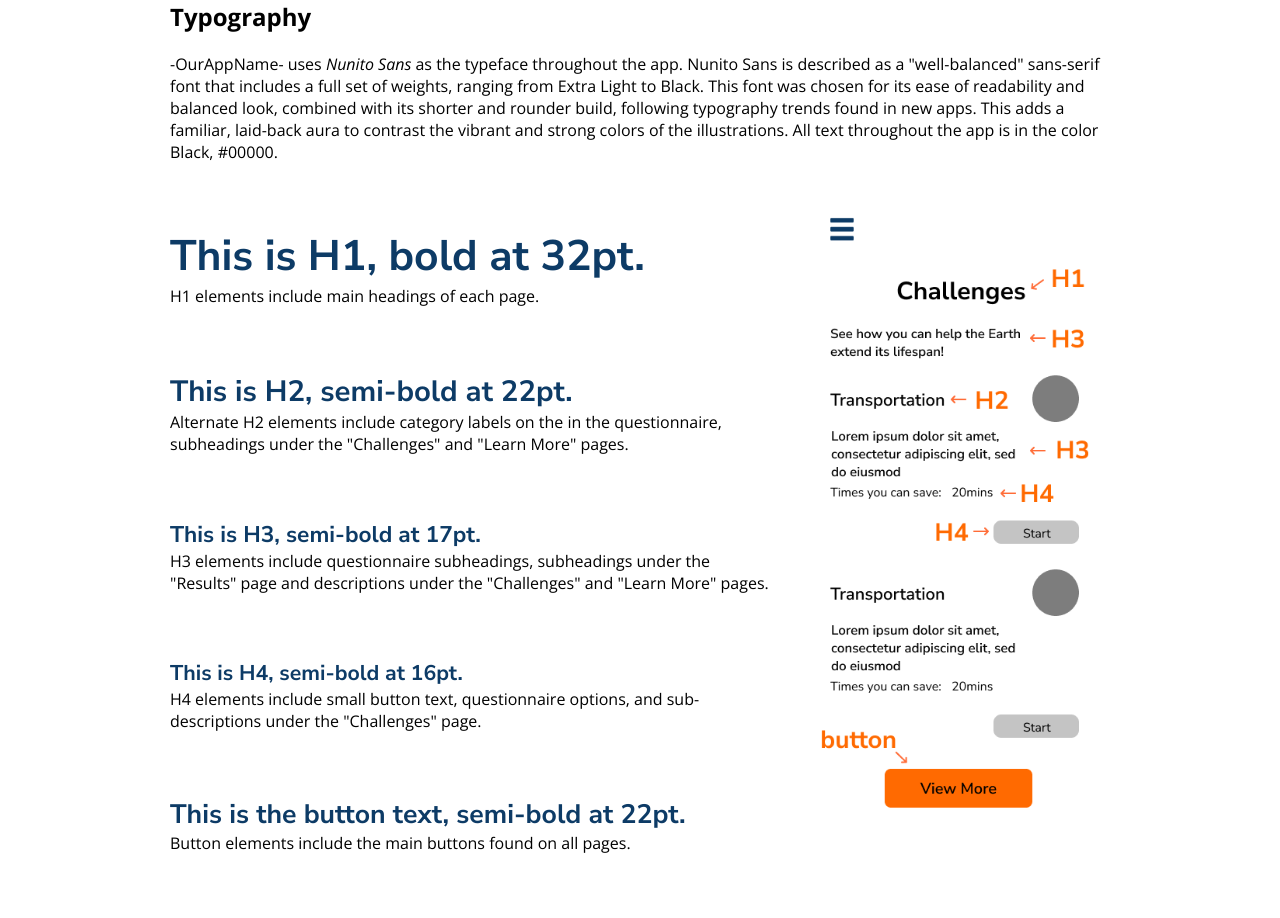
Repository: seohyun9672/Timearth-A6Styleguide
Page: page2.html
These files come from the project's save history. The page is drawn as it stood at one moment and after the next save; the edit follows.
The browser window is 1280 px wide. The pictures show the part of the page from y = 1338 to 2256 px (the page is 2256 px tall).
A picture or video elsewhere on the page could not be fetched, so the positions and the page height are approximate.

Above is the page before, as saved 2022-03-21 11:48:03.

After the next save:
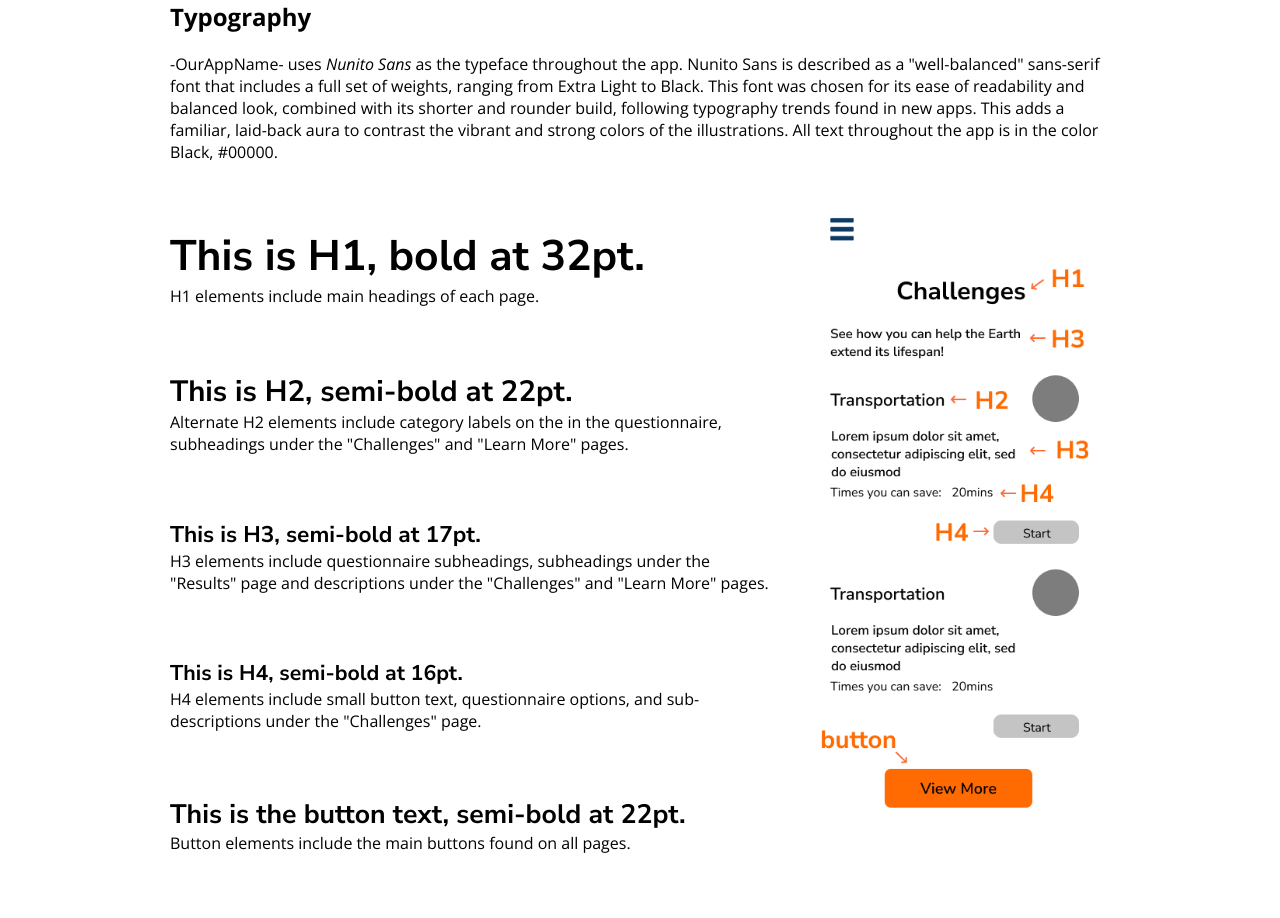
Saved 62 s later.
--- a/stylesheet.css
+++ b/stylesheet.css
@@ -144,9 +144,6 @@ li a:hover {
 .palette {
     width:100%;
 }
-.n {
-    color: #0D3B66;
-}
 div img {
   width:100%;
 }
